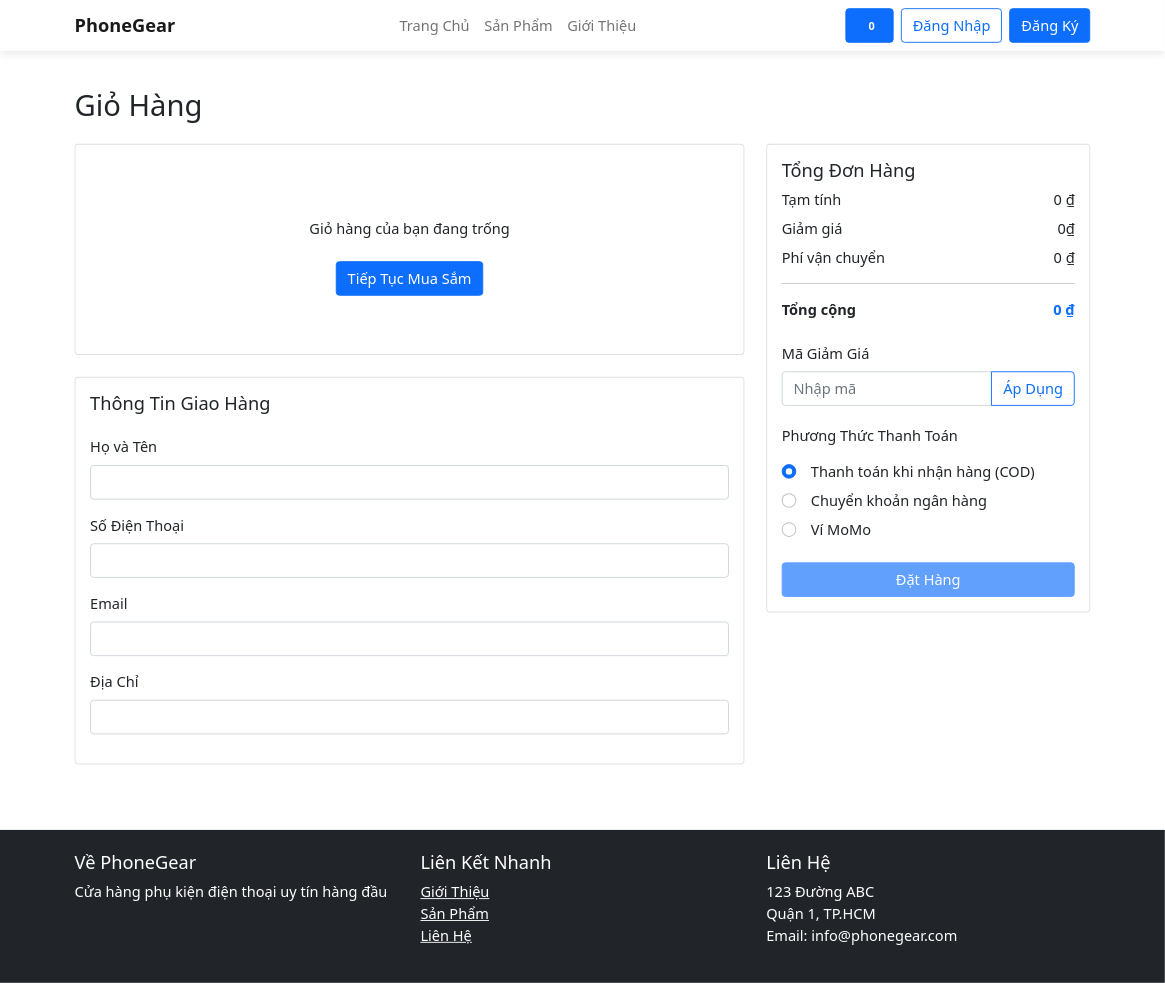
Repository: duyzo/14_23719461_VoNguyenBaoDuy
Page: html/cart.html
An editor plug-in stored every save of this project. The page is shown before and after a run of saves, followed by the edit.
The browser window is 1280 px wide. The pictures show the whole page, at 91% of full size.
Some icons come from a web library that is not loaded, so they are not drawn.

Above is the page before, as saved 2025-04-22 16:26:02.

After the next 3 saves:
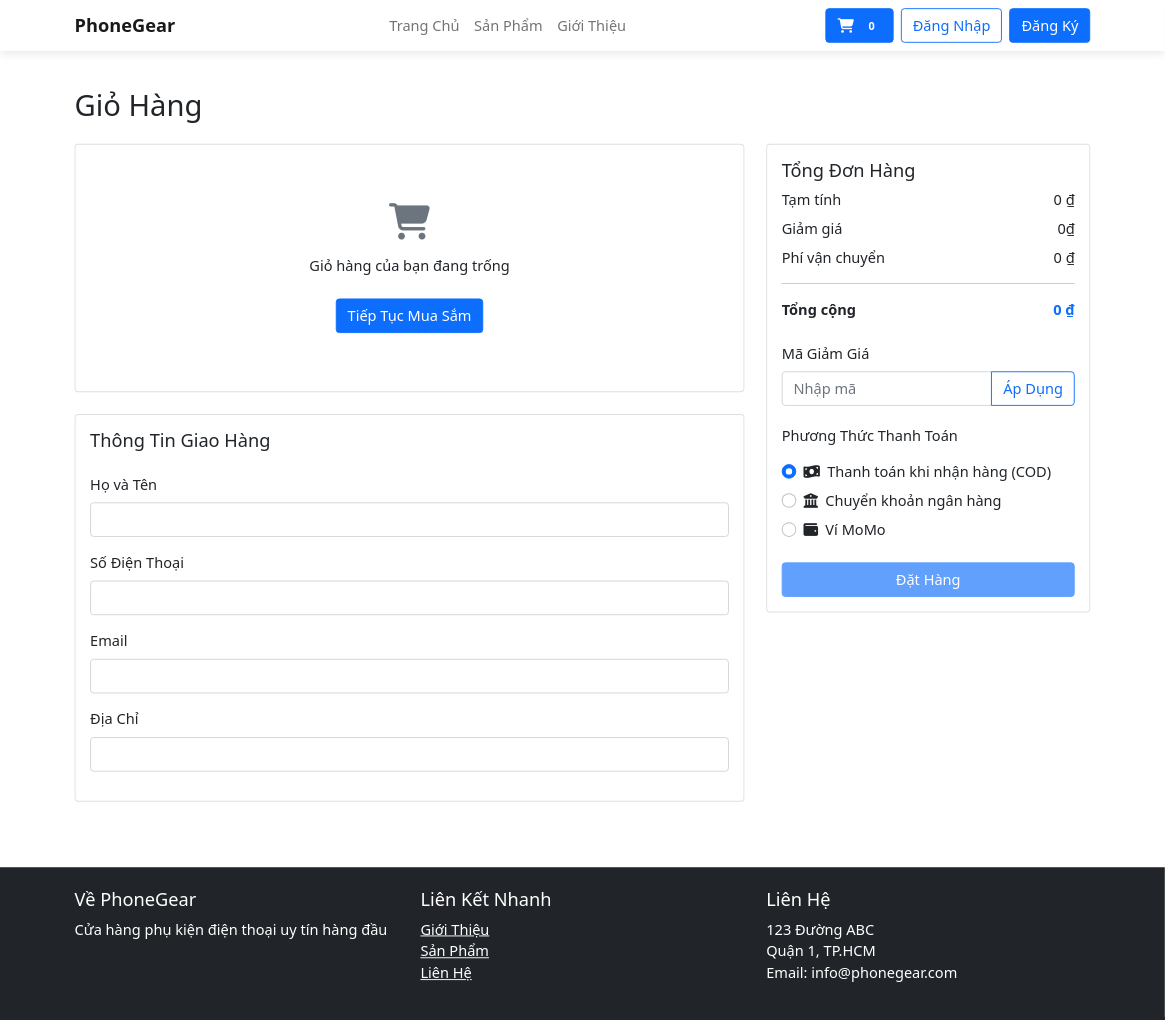
The 3 saves are shown as one change because they came seconds apart.
The last was saved 24 s later.
--- a/html/cart.html
+++ b/html/cart.html
@@ -5,7 +5,7 @@
     <meta name="viewport" content="width=device-width, initial-scale=1.0">
     <title>Giỏ Hàng - PhoneGear</title>
     <link href="../css/bootstrap.min.css" rel="stylesheet">
-    <link href="../css/bootstrap-icons.css" rel="stylesheet">
+    <link href="https://cdnjs.cloudflare.com/ajax/libs/font-awesome/6.5.1/css/all.min.css" rel="stylesheet">
     <link rel="stylesheet" href="../css/styles.css">
     <!-- Scripts -->
     <script src="../js/bootstrap.min.js"></script>
@@ -34,7 +34,7 @@
                 </ul>
                 <div class="d-flex align-items-center">
                     <a href="cart.html" class="btn btn-outline-primary me-2 active">
-                        <i class="bi bi-cart"></i>
+                        <i class="fas fa-shopping-cart"></i>
                         <span class="badge bg-primary text-white ms-1" id="cartCount">0</span>
                     </a>
                     <a href="login.html" class="btn btn-outline-primary me-2">Đăng Nhập</a>
@@ -56,7 +56,7 @@
                             <!-- Cart items will be dynamically loaded here -->
                         </div>
                         <div id="emptyCart" class="text-center py-5" style="display: none;">
-                            <i class="bi bi-cart-x fs-1 text-muted"></i>
+                            <i class="fas fa-shopping-cart fs-1 text-muted"></i>
                             <p class="mt-3">Giỏ hàng của bạn đang trống</p>
                             <a href="products.html" class="btn btn-primary mt-2">Tiếp Tục Mua Sắm</a>
                         </div>
@@ -127,19 +127,19 @@
                             <div class="form-check mb-2">
                                 <input class="form-check-input" type="radio" name="payment" id="cod" checked>
                                 <label class="form-check-label" for="cod">
-                                    <i class="bi bi-cash me-2"></i>Thanh toán khi nhận hàng (COD)
+                                    <i class="fas fa-money-bill-wave me-2"></i>Thanh toán khi nhận hàng (COD)
                                 </label>
                             </div>
                             <div class="form-check mb-2">
                                 <input class="form-check-input" type="radio" name="payment" id="banking">
                                 <label class="form-check-label" for="banking">
-                                    <i class="bi bi-bank me-2"></i>Chuyển khoản ngân hàng
+                                    <i class="fas fa-university me-2"></i>Chuyển khoản ngân hàng
                                 </label>
                             </div>
                             <div class="form-check mb-2">
                                 <input class="form-check-input" type="radio" name="payment" id="momo">
                                 <label class="form-check-label" for="momo">
-                                    <i class="bi bi-wallet2 me-2"></i>Ví MoMo
+                                    <i class="fas fa-wallet me-2"></i>Ví MoMo
                                 </label>
                             </div>
                         </div>
